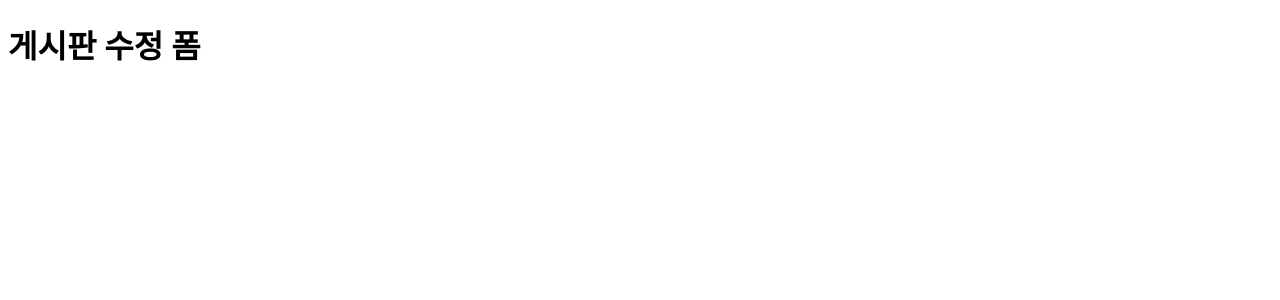
Repository: nsj2204/spring2
Page: http://localhost/ex01/board/update.do
An editor plug-in stored every save of this project. The page is shown before and after the next save, followed by the edit.
The browser window is 1280 px wide. The pictures show the whole page.
The page is served by Tomcat 9.

Above is the page before, as saved 2023-04-06 01:03:37.

After the next save:
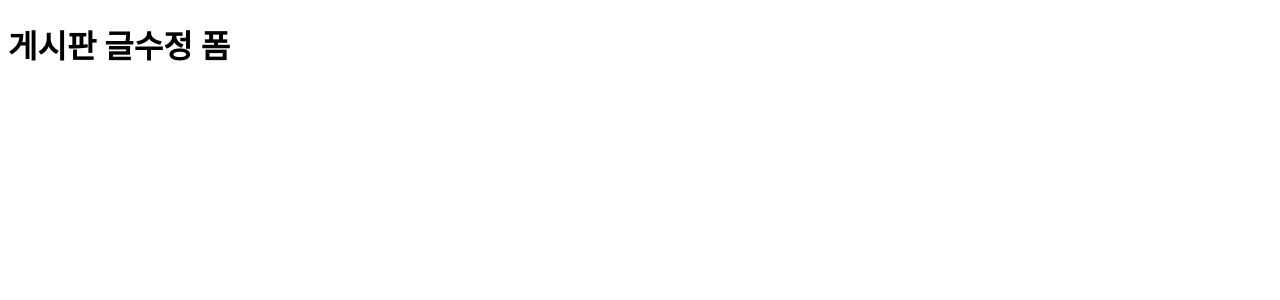
Saved 62 s later.
--- a/ex01/src/main/webapp/WEB-INF/views/board/update.jsp
+++ b/ex01/src/main/webapp/WEB-INF/views/board/update.jsp
@@ -7,6 +7,6 @@
 <title>Insert title here</title>
 </head>
 <body>
-<h1>게시판 수정 폼</h1>
+<h1>게시판 글수정 폼</h1>
 </body>
 </html>
